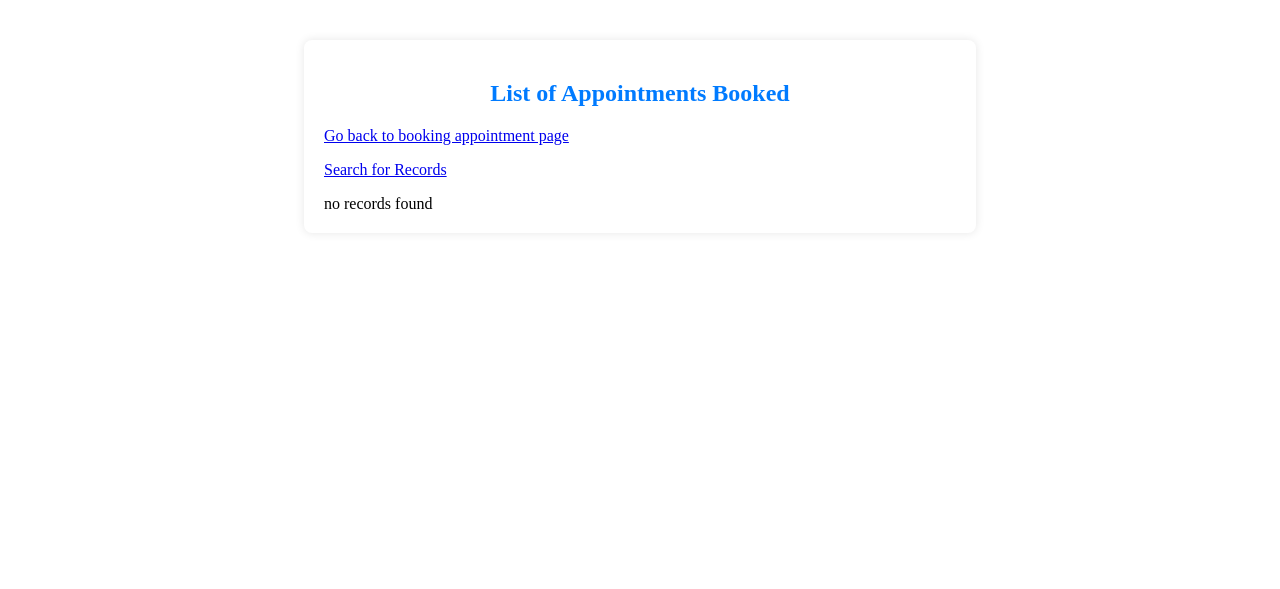
Repository: Arisha004/Hospital-Appointment-Management-System
Page: http://localhost/list2.php
An editor plug-in stored every save of this project. The page is shown before and after the next save, followed by the edit.
The browser window is 1280 px wide. The pictures show the whole page.
The page is run by PHP 8.4 with error messages shown; the project is at /var/www/html/. Queries for data that is not in the repository find no rows.

Above is the page before, as saved 2025-10-25 00:57:06.

After the next save:
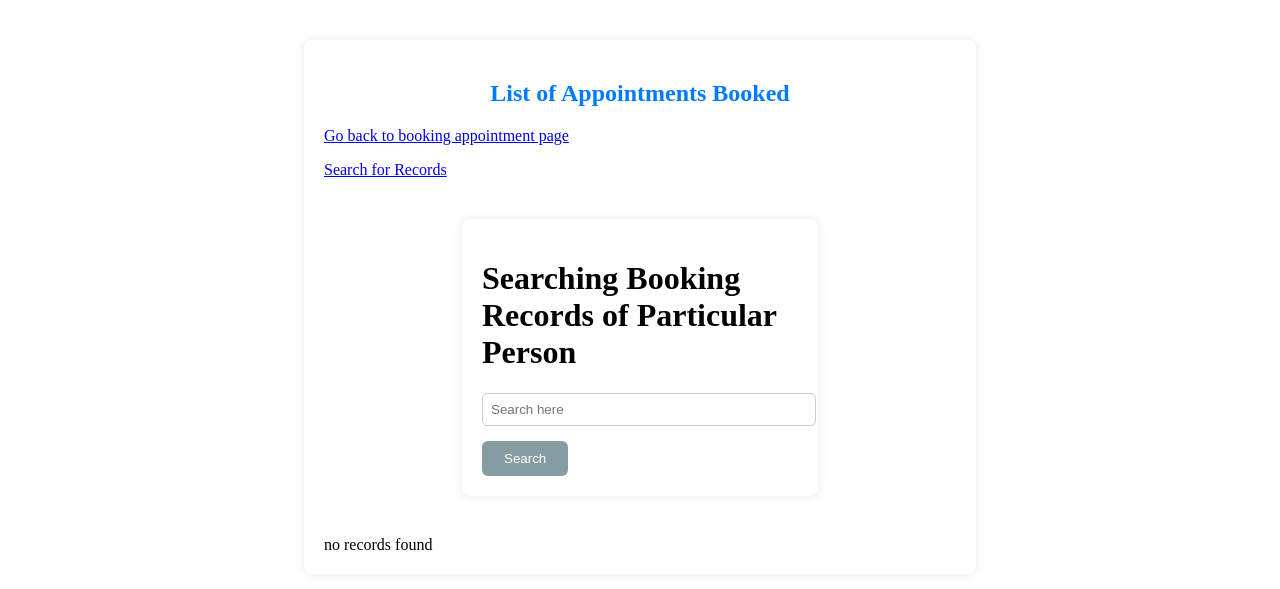
Saved 23 s later.
--- a/list2.php
+++ b/list2.php
@@ -34,6 +34,19 @@ include 'db.php';
 
     <p><a href="index.php"> Go back to booking appointment page</a></p>
     <p><a href="searching.php"> Search for Records </a></p>
+
+        <form action="" method="get">
+<div class="container1">
+    <h1>Searching Booking Records of Particular Person</h1>
+
+
+    <input type="text" name="search" required value="<?php if(isset($_GET['search'])){
+    echo $_GET['search'];
+}?>" placeholder="Search here">
+    <button type="submit">Search</button>
+
+</div>
+</form>
 
 
    <?php
